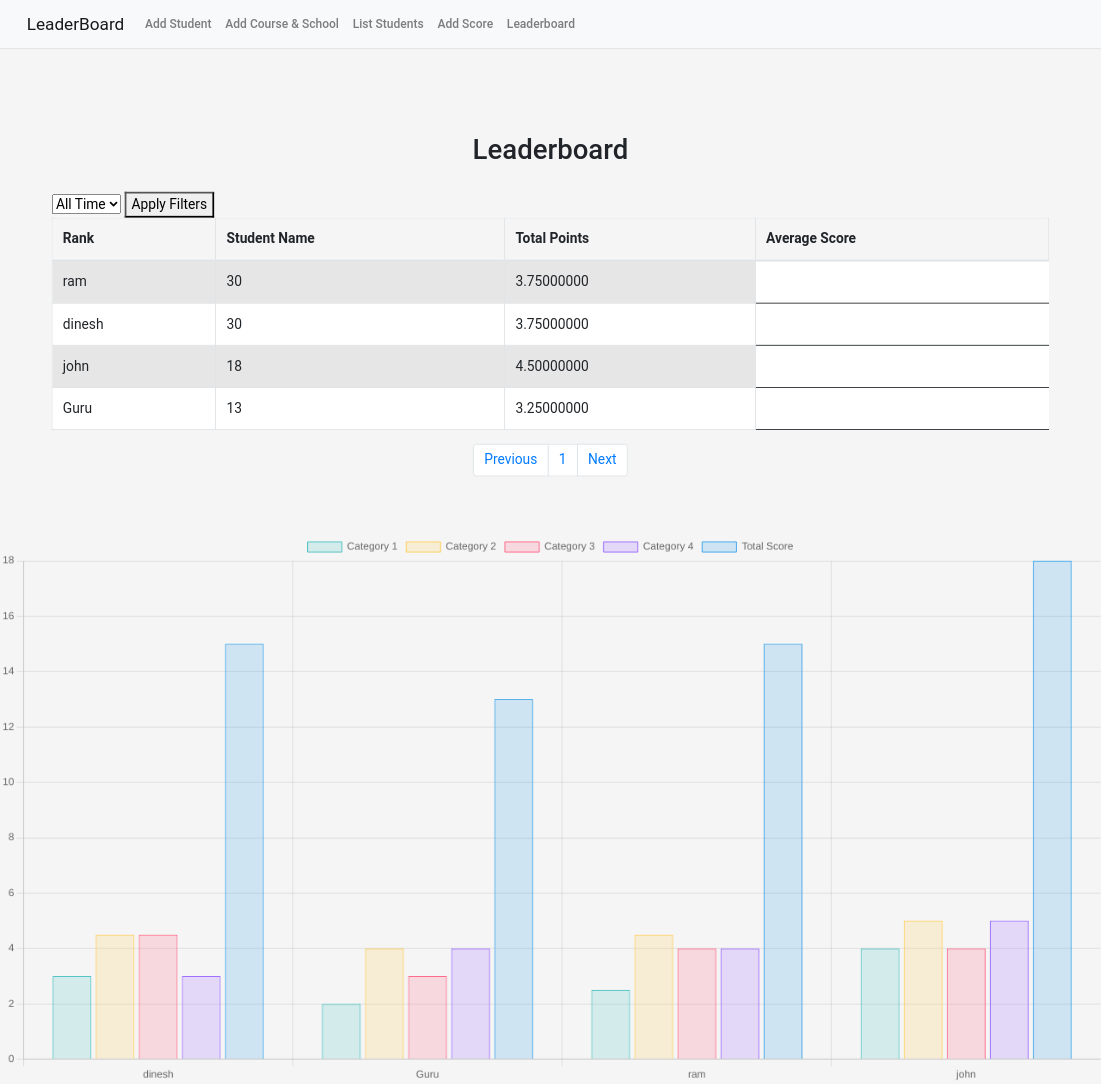
Repository: bigbodhiacademy/gBoard
Page: http://localhost/leaderboard.php?page=0
An editor plug-in stored every save of this project. The page is shown before and after the next save, followed by the edit.
The browser window is 1280 px wide. The pictures show the whole page, at 86% of full size.
After loading, the first visible `#leaderboardFilterForm` was submitted once.
The page is run by PHP 8.4 with error messages shown; the project is at /var/www/html/. The database holds what the project's SQL file puts in it.

Above is the page before, as saved 2023-04-23 22:35:44.
Not found: scripts.js

### leaderboard.php
<?php require_once 'functions.php'; ?>
<?php
    $limit = 10; // Number of rows to display per page
    $currentPage = isset($_GET['page']) ? intval($_GET['page']) : 1;
    $offset = ($currentPage - 1) * $limit;
    $totalRows = getLeaderboardRowCount();
    $totalPages = ceil($totalRows / $limit);
?>
<?php include 'header.php'; ?>


<div class="container mt-5">
<h2 class="text-center">Leaderboard</h2>

<form id="leaderboardFilterForm">

<select name="interval" id="leaderboardInterval">
  <option value="all">All Time</option>
  <option value="monthly">Monthly</option>
  <option value="yearly">Yearly</option>
</select>
<select name="month" id="leaderboardMonth" style="display:none;">
  <option value="01">January</option>
  <option value="02">February</option>
  <option value="03">March</option>
  <option value="04">April</option>
  <option value="05">May</option>
  <option value="06">June</option>
  <option value="07">July</option>
  <option value="08">August</option>
  <option value="09">September</option>
  <option value="10">October</option>
  <option value="11">November</option>
  <option value="12">December</option>
</select>
<select name="year" id="leaderboardYear" style="display:none;">
  <option value="2023">2023</option>
  <option value="2022">2022</option>
  <option value="2021">2021</option>
  <!-- Add more years as needed -->
</select>
<button type="submit">Apply Filters</button>
</form>



<div class="table-responsive">
    <table class="table table-bordered table-striped" id="leaderboardTable">
        <thead>
            <tr>
                <th>Rank</th>
                <th>Student Name</th>
                <th>Total Points</th>
                <th>Average Score</th>
            </tr>
        </thead>
        <tbody>
            <?php
            $rank = 1;
            // Get the selected categories from the form submission


            $leaderboardData = getLeaderboardData($offset, $limit);

            while ($row = $leaderboardData->fetch_assoc()):
            ?>
                <tr>
                    <th scope="row"><?php echo $rank; ?></th>
                    <td><?php echo $row['name']; ?> <?php //echo getBadgeForRank($rank); ?></td>
                    <td><?php echo $row['total_points']; ?></td>
                    <td><?php echo number_format($row['average_score'], 2); ?></td>
                </tr>
            <?php
            $rank++;
            endwhile;
            ?>
        </tbody>


    </table>

    <!-- Add pagination links -->
    <nav aria-label="Page navigation">
    <ul class="pagination justify-content-center">
    <li class="page-item <?php if ($currentPage == 1) echo 'disabled'; ?>">
                <a class="page-link" href="?page=<?php echo $currentPage - 1; ?>" tabindex="-1" aria-disabled="true">Previous</a>
            </li>
            <?php for ($i = 1; $i <= $totalPages; $i++): ?>
                <li class="page-item <?php if ($i == $currentPage) echo 'active'; ?>"><a class="page-link" href="?page=<?php echo $i; ?>"><?php echo $i; ?></a></li>
            <?php endfor; ?>
            <li class="page-item <?php if ($currentPage == $totalPages) echo 'disabled'; ?>">
                <a class="page-link" href="?page=<?php echo $currentPage + 1; ?>">Next</a>
            </li>
        </ul>
    </nav>





</div>
</div>




<!-- Add this line in the head section of your HTML file -->
<script src="https://cdn.jsdelivr.net/npm/chart.js"></script>
<!-- Add this line in the body section of your HTML file -->
<canvas id="studentScoresChart"></canvas>
<?php
  // Fetch student names and their average scores in each category from your database
  $studentsData = getStudentNamesAndAverageScores();
  $labels = [];
  $category1Data = [];
  $category2Data = [];
  $category3Data = [];
  $category4Data = [];
  $totalScoreData = []; // Add this line to store total scores

  foreach ($studentsData as $studentData) {
    $labels[] = $studentData['name'];
    $category1Data[] = $studentData['category1_avg'];
    $category2Data[] = $studentData['category2_avg'];
    $category3Data[] = $studentData['category3_avg'];
    $category4Data[] = $studentData['category4_avg'];
    $totalScoreData[] = $studentData['category1_avg'] + $studentData['category2_avg'] + $studentData['category3_avg'] + $studentData['category4_avg']; // Calculate and store total score
  }
?>


<script>
  document.addEventListener('DOMContentLoaded', function() {
  const intervalSelect = document.getElementById('leaderboardInterval');
  const monthInput = document.getElementById('leaderboardMonth');
  const yearInput = document.getElementById('leaderboardYear');

  intervalSelect.addEventListener('change', function() {
    if (this.value === 'monthly') {
      monthInput.style.display = 'inline';
      yearInput.style.display = 'none';
    } else if (this.value === 'yearly') {
      monthInput.style.display = 'none';
      yearInput.style.display = 'inline';
    } else {
      monthInput.style.display = 'none';
      yearInput.style.display = 'none';
    }
  });
});


  createStudentScoresChart(
    <?php echo json_encode($labels); ?>,
    <?php echo json_encode($category1Data); ?>,
    <?php echo json_encode($category2Data); ?>,
    <?php echo json_encode($category3Data); ?>,
    <?php echo json_encode($category4Data); ?>,
    <?php echo json_encode($totalScoreData); ?> // Pass total score data
  );

  //createStudentScoresChart(labels, category1Data, category2Data, category3Data, category4Data);

  function createStudentScoresChart(labels, category1Data, category2Data, category3Data, category4Data, totalScoreData) {
  const ctx = document.getElementById('studentScoresChart').getContext('2d');
  new Chart(ctx, {
    type: 'bar',
    data: {
      labels: labels,
      datasets: [
        {
          label: 'Category 1',
          data: category1Data,
          backgroundColor: 'rgba(75, 192, 192, 0.2)',
          borderColor: 'rgba(75, 192, 192, 1)',
          borderWidth: 1
        },
        {
          label: 'Category 2',
          data: category2Data,
          backgroundColor: 'rgba(255, 206, 86, 0.2)',
          borderColor: 'rgba(255, 206, 86, 1)',
          borderWidth: 1
        },
        {
          label: 'Category 3',
          data: category3Data,
          backgroundColor: 'rgba(255, 99, 132, 0.2)',
          borderColor: 'rgba(255, 99, 132, 1)',
          borderWidth: 1
        },
        {
          label: 'Category 4',
          data: category4Data,
          backgroundColor: 'rgba(153, 102, 255, 0.2)',
          borderColor: 'rgba(153, 102, 255, 1)',
          borderWidth: 1
        },
        {
          label: 'Total Score',
          data: totalScoreData,
          backgroundColor: 'rgba(54, 162, 235, 0.2)',
          borderColor: 'rgba(54, 162, 235, 1)',
          borderWidth: 1
        }
      ]
    },
    options: {
      scales: {
        y: {
          beginAtZero: true
        }
      }
    }
  });
}

document.getElementById('leaderboardFilterForm').addEventListener('submit', function (event) {
  event.preventDefault();

  const interval = document.getElementById('leaderboardInterval').value;
  const month = document.getElementById('leaderboardMonth').value;
  const year = document.getElementById('leaderboardYear').value;

  console.log("leader y  m i--",year,month,interval);
  // Make an AJAX request to fetch the leaderboard data based on the selected interval and categories
  const xhr = new XMLHttpRequest();
  xhr.onreadystatechange = function() {
    if (this.readyState === 4 && this.status === 200) {
      console.log("Server response:", this.responseText);
      const leaderboardData = JSON.parse(this.responseText);
      updateLeaderboardTable(leaderboardData);
    }
  };

  const offset = 0; // Or any other value for pagination
  const limit = 10; // Or any other value for the number of rows per page


  xhr.open("POST", "fetch_leaderboard_data.php", true);
  xhr.setRequestHeader("Content-Type", "application/x-www-form-urlencoded");
  xhr.send(`interval=${interval}&month=${month}&year=${year}&offset=${offset}&limit=${limit}`);

});


function updateLeaderboardTable(leaderboardData) {
  const tableBody = document.querySelector('#leaderboardTable tbody');
  tableBody.innerHTML = '';

  for (const row of leaderboardData) {
    const tr = document.createElement('tr');
    tr.innerHTML = `
      <td>${row.name}</td>
      <td>${row.total_points}</td>
      <td>${row.average_score}</td>
    `;
    tableBody.appendChild(tr);
  }
}



</script>





<?php include 'footer.php'; ?>

### db_connection.php
<?php
$servername = "localhost"; // Replace with your MySQL server address if it's not "localhost"
$username = "root"; // Replace with your MySQL username
$password = ""; // Replace with your MySQL password
$dbname = "leaderboard4";

// Create connection
$conn = new mysqli($servername, $username, $password, $dbname);

// Check connection
if ($conn->connect_error) {
  die("Connection failed: " . $conn->connect_error);
}
?>

### header.php
<!DOCTYPE html>
<html lang="en">

<head>
    <meta charset="UTF-8">
    <meta name="viewport" content="width=device-width, initial-scale=1.0">
    <title>LeaderBoard</title>
    <link href="https://cdn.jsdelivr.net/npm/bootstrap@5.1.3/dist/css/bootstrap.min.css" rel="stylesheet">
    <link rel="stylesheet" href="https://maxcdn.bootstrapcdn.com/bootstrap/4.5.2/css/bootstrap.min.css">
    <script src="https://ajax.googleapis.com/ajax/libs/jquery/3.5.1/jquery.min.js"></script>
    <script src="https://cdnjs.cloudflare.com/ajax/libs/popper.js/1.16.0/umd/popper.min.js"></script>
    <script src="https://maxcdn.bootstrapcdn.com/bootstrap/4.5.2/js/bootstrap.min.js"></script>
    <link href="https://maxcdn.bootstrapcdn.com/font-awesome/4.7.0/css/font-awesome.min.css" rel="stylesheet" />

    <link rel="stylesheet" href="styles.css">
    <script src="scripts.js"></script>
</head>

<body>
    <nav class="navbar navbar-expand-lg navbar-light bg-light">
        <div class="container-fluid">
            <a class="navbar-brand" href="index.php">LeaderBoard</a>
            <button class="navbar-toggler" type="button" data-bs-toggle="collapse" data-bs-target="#navbarNav" aria-controls="navbarNav" aria-expanded="false" aria-label="Toggle navigation">
                <span class="navbar-toggler-icon"></span>
            </button>
            <div class="collapse navbar-collapse" id="navbarNav">
                <ul class="navbar-nav">
                    <li class="nav-item">
                        <a class="nav-link" href="add_student.php">Add Student</a>
                    </li>
                    <li class="nav-item">
                        <a class="nav-link" href="add_school_course.php">Add Course & School</a>
                    </li>
                    <li class="nav-item">
                        <a class="nav-link" href="list_students.php">List Students</a>
                    </li>
                    <li class="nav-item">
                        <a class="nav-link" href="add_score.php">Add Score</a>
                    </li>
                    <li class="nav-item">
                        <a class="nav-link" href="leaderboard.php">Leaderboard</a>
                    </li>
                </ul>
            </div>
        </div>
    </nav>

### footer.php
<script src="https://code.jquery.com/jquery-3.6.0.min.js"></script>
    <script src="https://cdn.jsdelivr.net/npm/@popperjs/core@2.11.6/dist/umd/popper.min.js"></script>
    <script src="https://cdn.jsdelivr.net/npm/bootstrap@5.1.3/dist/js/bootstrap.min.js"></script>
    <script src="script.js"></script>
</body>

</html>

### fetch_leaderboard_data.php
<?php
require_once 'functions.php';

// Get the input data from the AJAX request
$interval = $_POST['interval'];
$month = $_POST['month'];
$year = $_POST['year'];
$offset = $_POST['offset'];
$limit = $_POST['limit'];

// Initialize an empty array for the result data
$data = array();

// Based on the interval, call the appropriate function to fetch the leaderboard data
if ($interval === 'monthly') {
    $result = getMonthlyLeaderboardData($month, $year, $offset, $limit);
} elseif ($interval === 'yearly') {
    $result = getYearlyLeaderboardData($year, $offset, $limit);
} else {
    // Handle the "all-time" case, if needed
    $result = getAllTimeLeaderboardData($offset, $limit);
}

// If the result object is not empty, fetch the data as an associative array
if ($result) {
    $data = $result->fetch_all(MYSQLI_ASSOC);
}

// Set the content type header and return the JSON-encoded data
header('Content-Type: application/json');
echo json_encode($data);
?>

### styles.css
body {
    font-family: 'Roboto', sans-serif;
    background-color: #f5f5f5;
}

.container {
    max-width: 1200px;
    margin: 0 auto;
    padding: 50px 20px;
}

h2 {
    font-weight: 500;
    margin-bottom: 30px;
}

.btn {
    border-radius: 5px;
}

.navbar {
    border-bottom: 1px solid #e0e0e0;
}

.nav-link {
    font-size: 14px;
    font-weight: 500;
}

.form-group {
    margin-bottom: 20px;
}

.table {
    background-color: #fff;
    border-radius: 5px;
}

.table thead {
    background-color: #f5f5f5;
}
.stars {
    font-size: 24px;
    color: gray;
    display: inline-block;
    position: relative;
    padding: 0;
    cursor: pointer;
}

.stars:before {
    /*content: '\f006 \f006 \f006 \f006 \f006';*/
    font-family: FontAwesome;
}

.stars>input {
    display: none;
}

.stars:hover:before,
.stars:hover ~ .stars:before,
.stars input:checked ~ .stars:before {
    color: gold;
    text-shadow: 0 0 5px rgba(255, 215, 0, 0.8);
}

### leaderboard4.sql (the tables this page reads)
CREATE TABLE `leaderboard` (
  `id` int(11) NOT NULL,
  `student_id` int(11) DEFAULT NULL,
  `total_points` int(11) DEFAULT NULL,
  `average_score` float DEFAULT NULL
) ENGINE=InnoDB DEFAULT CHARSET=utf8mb4;

INSERT INTO `leaderboard` (`id`, `student_id`, `total_points`, `average_score`) VALUES
(9, 19, 30, 15),
(10, 23, 13, 13),
(19, 24, 30, 15),
(32, 25, 18, 18);

ALTER TABLE `leaderboard`
  ADD PRIMARY KEY (`id`),
  ADD UNIQUE KEY `student_id` (`student_id`);

ALTER TABLE `leaderboard`
  MODIFY `id` int(11) NOT NULL AUTO_INCREMENT, AUTO_INCREMENT=33;

ALTER TABLE `leaderboard`
  ADD CONSTRAINT `leaderboard_ibfk_1` FOREIGN KEY (`student_id`) REFERENCES `students` (`id`);

CREATE TABLE `scores` (
  `id` int(11) NOT NULL,
  `student_id` int(11) NOT NULL,
  `date` date NOT NULL,
  `category1` int(11) NOT NULL,
  `category2` int(11) NOT NULL,
  `category3` int(11) NOT NULL,
  `category4` int(11) NOT NULL
) ENGINE=InnoDB DEFAULT CHARSET=utf8mb4;

INSERT INTO `scores` (`id`, `student_id`, `date`, `category1`, `category2`, `category3`, `category4`) VALUES
(4, 19, '2023-04-20', 2, 5, 5, 3),
(5, 19, '2023-04-11', 4, 4, 4, 3),
(8, 23, '2022-08-23', 2, 4, 3, 4),
(9, 24, '2023-04-20', 3, 4, 3, 4),
(10, 24, '2023-02-15', 2, 5, 5, 4),
(11, 25, '2023-04-24', 4, 5, 4, 5);

ALTER TABLE `scores`
  ADD PRIMARY KEY (`id`),
  ADD KEY `student_id` (`student_id`);

ALTER TABLE `scores`
  MODIFY `id` int(11) NOT NULL AUTO_INCREMENT, AUTO_INCREMENT=12;

ALTER TABLE `scores`
  ADD CONSTRAINT `scores_ibfk_1` FOREIGN KEY (`student_id`) REFERENCES `students` (`id`);

CREATE TABLE `students` (
  `id` int(11) NOT NULL,
  `name` varchar(255) NOT NULL,
  `email` varchar(255) NOT NULL,
  `course_id` int(11) NOT NULL,
  `school_id` int(11) NOT NULL
) ENGINE=InnoDB DEFAULT CHARSET=utf8mb4;

INSERT INTO `students` (`id`, `name`, `email`, `course_id`, `school_id`) VALUES
(19, 'dinesh', 'eng@gm', 1, 2),
(23, 'Guru', 'DFI@jf', 2, 1),
(24, 'ram', 'sde@gsh', 1, 1),
(25, 'john', 'hhui@ggjlk', 1, 1);

ALTER TABLE `students`
  ADD PRIMARY KEY (`id`),
  ADD KEY `course_id` (`course_id`),
  ADD KEY `school_id` (`school_id`);

ALTER TABLE `students`
  MODIFY `id` int(11) NOT NULL AUTO_INCREMENT, AUTO_INCREMENT=26;

ALTER TABLE `students`
  ADD CONSTRAINT `students_ibfk_1` FOREIGN KEY (`course_id`) REFERENCES `courses` (`id`),
  ADD CONSTRAINT `students_ibfk_2` FOREIGN KEY (`school_id`) REFERENCES `schools` (`id`);

Loaded but not shown: script.js (9 lines, source omitted); functions.php (506 lines, source omitted)

After the next save:
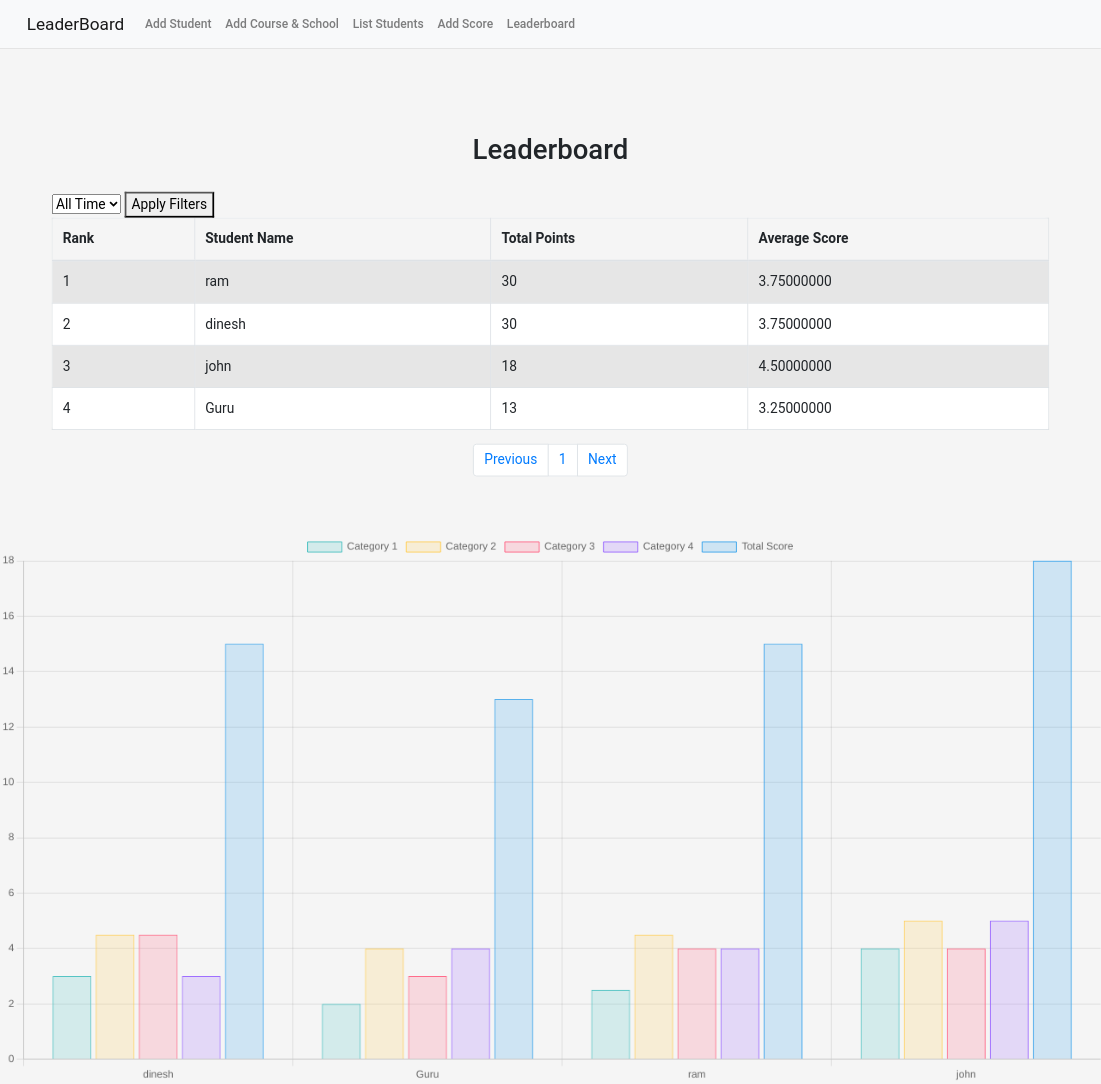
Saved 2 min 50 s later.
--- a/leaderboard.php
+++ b/leaderboard.php
@@ -247,15 +247,18 @@ document.getElementById('leaderboardFilterForm').addEventListener('submit', func
 function updateLeaderboardTable(leaderboardData) {
   const tableBody = document.querySelector('#leaderboardTable tbody');
   tableBody.innerHTML = '';
-
+  index=1;
   for (const row of leaderboardData) {
+    console.log(row);
     const tr = document.createElement('tr');
     tr.innerHTML = `
+      <td>${index}</td>
       <td>${row.name}</td>
       <td>${row.total_points}</td>
       <td>${row.average_score}</td>
     `;
     tableBody.appendChild(tr);
+    index +=1;
   }
 }
 
